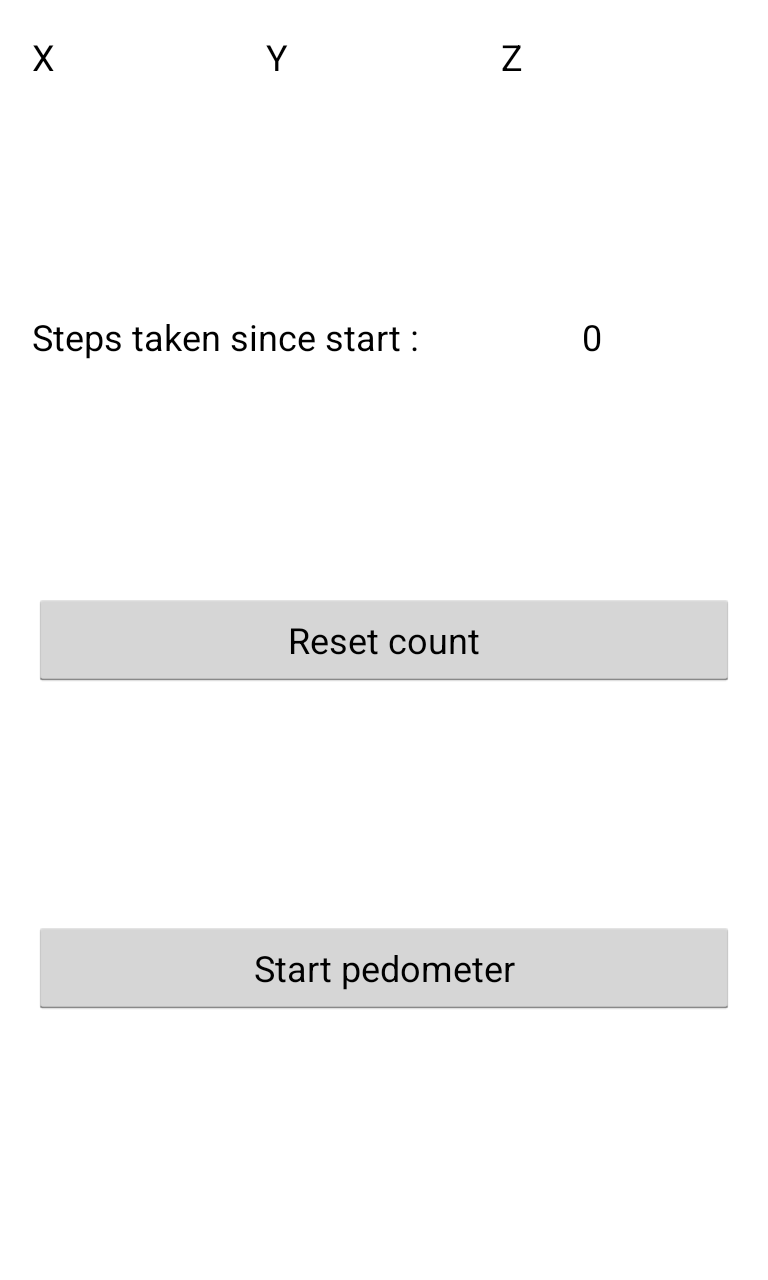
Repository: egelon/CardioAssistant
Layout: CardioAssistant/res/layout/activity_main.xml
An editor plug-in stored every save of this project. The layout is shown before and after the next save, followed by the edit.
It is drawn on a 768 x 1280 px phone screen (xhdpi) without system bars, with theme AppTheme; the app's code is not run.

Above is the layout before, as saved 2014-01-20 17:41:28.

After the next save:
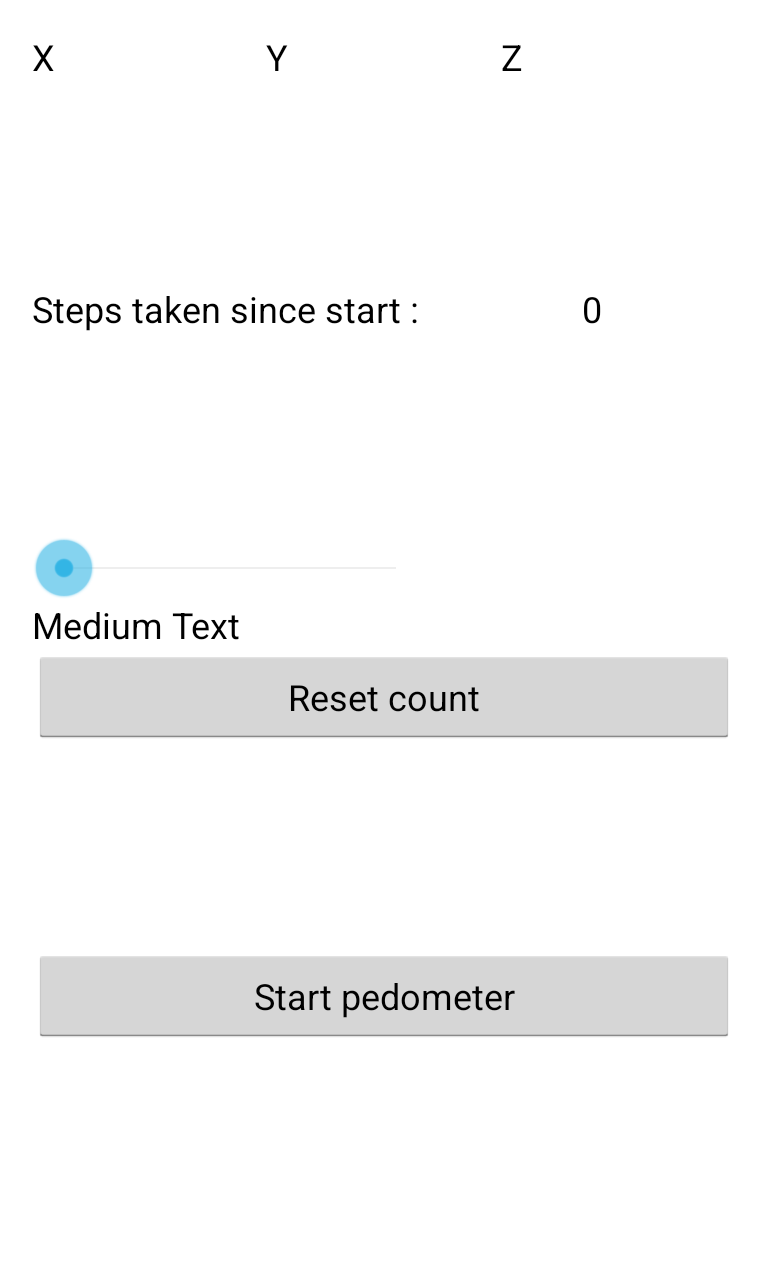
Saved 3 min 5 s later.
--- a/CardioAssistant/res/layout/activity_main.xml
+++ b/CardioAssistant/res/layout/activity_main.xml
@@ -14,7 +14,7 @@
         android:layout_width="wrap_content"
         android:layout_height="0dp"
         android:layout_weight="1"
-        android:baselineAligned="_baseline" >
+         >
 
         <TextView
             android:id="@+id/textViewX"
@@ -46,7 +46,7 @@
         android:layout_width="wrap_content"
         android:layout_height="0dp"
         android:layout_weight="1"
-        android:baselineAligned="_baseline" >
+        >
 
         <TextView
             android:id="@+id/stepsTakenLabel"
@@ -70,6 +70,26 @@
         android:id="@+id/tableRow5"
         android:layout_width="wrap_content"
         android:layout_height="wrap_content" >
+
+        <SeekBar
+            android:id="@+id/seekBar"
+            android:layout_width="match_parent"
+            android:layout_height="wrap_content" />
+
+    </TableRow>
+
+    <TableRow
+        android:id="@+id/tableRow6"
+        android:layout_width="wrap_content"
+        android:layout_height="wrap_content" >
+
+        <TextView
+            android:id="@+id/textSensitivity"
+            android:layout_width="wrap_content"
+            android:layout_height="wrap_content"
+            android:text="Medium Text"
+            android:textAppearance="?android:attr/textAppearanceMedium" />
+
     </TableRow>
 
     <TableRow
